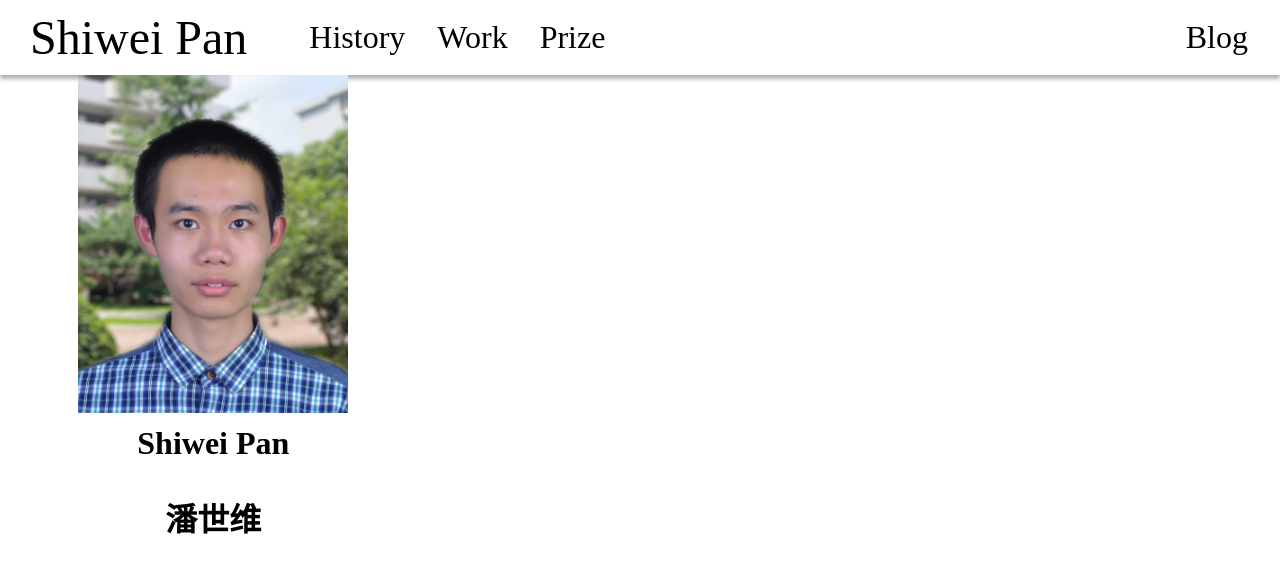
Repository: erikpsw/web
Page: new/psw.html
An editor plug-in stored every save of this project. The page is shown before and after the next save, followed by the edit.
The browser window is 1280 px wide. The pictures show the whole page.

Above is the page before, as saved 2022-06-16 22:19:19.

After the next save:
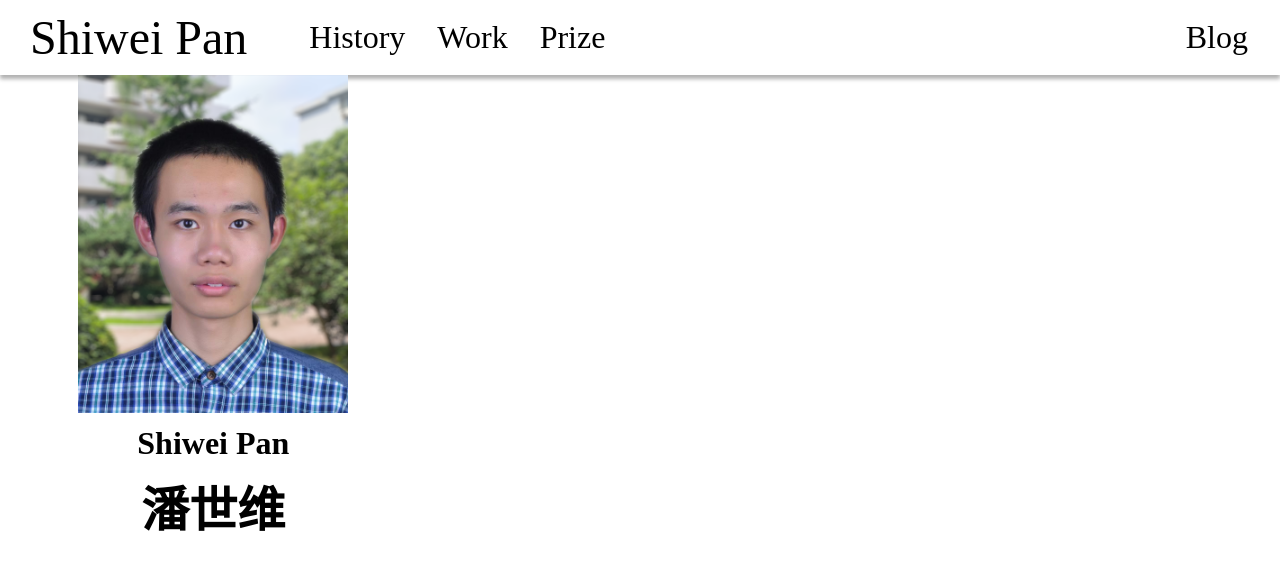
Saved 48 s later.
--- a/new/psw.html
+++ b/new/psw.html
@@ -17,7 +17,7 @@
     <div id="profile">
         <img src="\pic\mine.png" id="mine">
         <h2 id="intro">Shiwei Pan</h2>
-        <h3 style="font-family: STZhongsong; font-size: 2em;">潘世维</h3>
+        <h3 id="name">潘世维</h3>
     </div>
 </section>
 </body>
--- a/new/styles.css
+++ b/new/styles.css
@@ -48,3 +48,9 @@
     font-size: 2em;
     margin: 2%;
 }
+
+#name{
+    font-family: STZhongsong;
+    font-size: 3em;
+    margin: 2%;
+}
